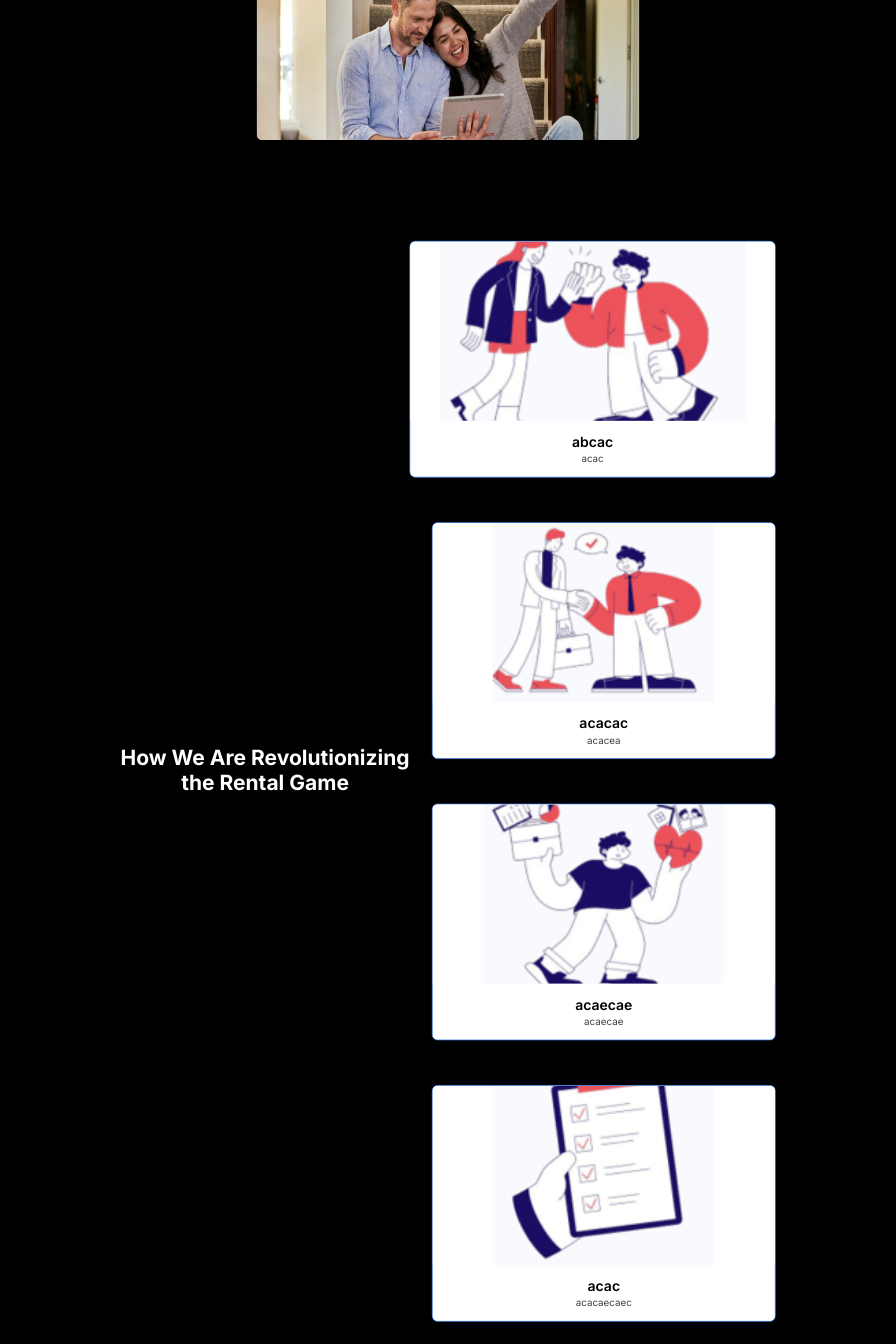
Repository: aditya-jha-kumar/BleisureHosting-V1
Page: /home
These files come from the project's save history. The page is drawn as it stood at one moment and after the next save; the edit follows.
The browser window is 1280 px wide. The pictures show the part of the page from y = 2023 to 3943 px (the page is 3943 px tall before and 3927 px after), at 70% of full size.
The project was rebuilt for these pictures with package versions that can differ from the ones it lists, and the page was loaded fresh each time. The framework's server and built-in components were replaced by stand-ins that run in the browser. Also part of the build but not shown: next.config.mjs.

Above is the page before, as saved 2024-06-12 15:47:18.

### src/app/home/page.tsx
// Home.tsx

import React from "react";
import Navbar from "@/components/navbar";
import Search from "@/components/Search";
import Hero from "@/components/hero";
import Card from "@/components/card";
import Button from "@/components/button";
import Card2 from "@/components/Card2";

export default function Home() {
  return (
    <div className="relative min-h-screen flex flex-col justify-center items-center">
      {/* Navbar */}
      <Navbar
        logoSrc="/logo.png"
        logoAlt=""
        option1="Place to stay"
        option2="Experience"
        option3="Nearby"
        option4="Contact"
        button1Label="Become a partner"
        button2Label="Sign up"
      />

      {/* Hero section */}
      <div className="relative rounded overflow-hidden flex-1">
        <Hero
          logoSrc="/hero.png"
          logoAlt="Your alt text here"
          className="rounded"
        />
        {/* Search component placed on Hero */}
        <div className="absolute inset-0 flex justify-center items-center">
          <Search placeholder="Search" />
        </div>
      </div>

      {/* Additional content */}
      <div className="flex flex-col items-center justify-center text-center mt-8 md:mt-12 px-4">
        <h1 className="text-3xl font-bold">Welcome to the future</h1>
        <p className="mt-4">
          Discover peace of mind, flexibility, and confidence for your next
          adventure - whether it's a new job, a temporary home, medical
          relocation, or travel cravings - with the ease and comfort of a
          Bleisure home
        </p>
      </div>

      {/* Cards */}
      <div className="flex justify-center mt-8 space-x-4 md:space-x-8">
        <Card
          imageSrc="/card1.png"
          largeText="Emrald Valley Heights Homestay"
          smallText="Viman Nagar, Pune"
          showOverlay
          showArrow
        />
        <div className="md:mt-4">
          {/* Add margin top for medium screens */}
          <Card
            imageSrc="/card2.png"
            largeText="Golden Horizon Homestay"
            smallText="Viman Nagar, Pune"
            showOverlay
            showArrow
          />
          <Card
            imageSrc="/card3.png"
            largeText="Sunset Vista Homestay"
            smallText="Viman Nagar, Pune"
            showOverlay
            showArrow
          />
        </div>
      </div>

      {/* Additional content */}
      <div className="flex flex-col items-center justify-center text-center mt-8 md:mt-12 px-4">
        <h1 className="text-xl font-bold">
          Now offering our lowest rates for 3+ month stays
        </h1>
        <Button text="Explore Properties >>" />
      </div>

      {/* Our Mission */}
      <div className="flex flex-col items-center justify-center text-center mt-8 md:mt-12 px-4">
        <h1 className="text-3xl font-bold">Our Mission</h1>
        <p className="mt-4">
          Redefining short & medium-term rental accommodations with comfortable,
          furnished apartments equipped with all the amenities you need.
        </p>
        <Card
          imageSrc="our-mission.png"
          largeText=""
          smallText=""
          smallSize // Pass this prop to decrease the size
        />
      </div>
      {/* Revolutionizing */}
      <div className="flex flex-nowwrap overflow-x-auto items-center justify-center text-center mt-8 md:mt-12 px-4">
        <h1 className="text-3xl font-bold">
          How We Are Revolutionizing <br /> the Rental Game
        </h1>
        <div className="flex flex-wrap justify-center mt-8 space-x-4 md:space-x-8">
          <Card2 imageSrc="/a1.png" largeText="abcac" smallText="acac" />
          <Card2 imageSrc="/a2.png" largeText="acacac" smallText="acacea" />
          <Card2 imageSrc="/a3.png" largeText="acaecae" smallText="acaecae" />
          <Card2 imageSrc="/a4.png" largeText="acac" smallText="acacaecaec" />
        </div>
      </div>
    </div>
  );
}

### src/components/navbar.tsx
"use client"
import { useState } from "react";
import Link from "next/link";

interface NavbarProps {
  logoSrc: string;
  logoAlt: string;
  option1: string;
  option2: string;
  option3: string;
  option4: string;
  button1Label: string;
  button2Label: string;
}

const Navbar = ({
  logoSrc,
  logoAlt,
  option1,
  option2,
  option3,
  option4,
  button1Label,
  button2Label,
}: NavbarProps) => {
  const [isMenuOpen, setIsMenuOpen] = useState(false);

  const toggleMenu = () => {
    setIsMenuOpen(!isMenuOpen);
  };

  return (
    <nav className="bg-white dark:bg-white fixed w-full z-20 top-0 start-0 border-b">
      <div className="max-w-screen-xl flex flex-wrap items-center justify-between mx-auto p-4">
        <Link
          className="flex items-center space-x-3 rtl:space-x-reverse cursor-pointer"
          href="/"
        >
          <img src={logoSrc} className="h-8" alt={logoAlt} />
          <span className="self-center text-2xl font-semibold whitespace-nowrap dark:text-black">
            {logoAlt}
          </span>
        </Link>
        <div className="flex md:order-2 space-x-3 md:space-x-0 rtl:space-x-reverse">
          <button
            type="button"
            className="text-black bg-white border-black border-2 focus:ring-4 font-medium rounded-lg text-sm px-4 py-2 text-center transition duration-300 ease-in-out hover:bg-black hover:text-white hover:border-gray-800"
          >
            {button1Label}
          </button>

          <span className="px-2 py-2">|</span>
          <button
            type="button"
            className="text-white bg-blue-700 hover:bg-blue-800 focus:ring-4 focus:outline-none focus:ring-blue-300 font-medium rounded-lg text-sm px-4 py-2 text-center dark:bg-blue-600 dark:hover:bg-blue-700 dark:focus:ring-blue-800 transition duration-300 ease-in-out"
          >
            {button2Label}
          </button>

          <button
            data-collapse-toggle="navbar-sticky"
            type="button"
            className="inline-flex items-center p-2 w-10 h-10 justify-center text-sm text-gray-500 rounded-lg md:hidden hover:bg-gray-100 focus:outline-none focus:ring-2 focus:ring-gray-200 dark:text-gray-400 dark:hover:bg-gray-700 dark:focus:ring-gray-600 transition duration-300 ease-in-out"
            aria-controls="navbar-sticky"
            aria-expanded="false"
            onClick={toggleMenu}
          >
            <span className="sr-only">Open main menu</span>
            <svg
              className="w-5 h-5"
              aria-hidden="true"
              xmlns="http://www.w3.org/2000/svg"
              fill="none"
              viewBox="0 0 17 14"
            >
              <path
                stroke="currentColor"
                strokeLinecap="round"
                strokeLinejoin="round"
                strokeWidth="2"
                d="M1 1h15M1 7h15M1 13h15"
              />
            </svg>
          </button>
        </div>
        <div
          className={`items-center justify-between w-full md:flex md:w-auto md:order-1 ${
            isMenuOpen ? "block" : "hidden"
          }`}
          id="navbar-sticky"
        >
          <ul className="flex flex-col p-4 md:p-0 mt-4 font-medium border border-gray-100 rounded-lg bg-gray-50 md:space-x-8 rtl:space-x-reverse md:flex-row md:mt-0 md:border-0 md:bg-white">
            <li>
              <Link
                className="block py-2 px-3 text-gray-900 rounded hover:bg-gray-100 md:hover:bg-transparent md:hover:text-blue-700 md:p-0 md:dark:hover:text-blue-500 dark:text-black dark:hover:bg-gray-700 dark:hover:text-black md:dark:hover:bg-transparent dark:border-gray-700 transition duration-300 ease-in-out"
                aria-current="page"
                href="/placetostay"
              >
                {option1}
              </Link>
            </li>
            <li>
              <Link
                className="block py-2 px-3 text-gray-900 rounded hover:bg-gray-100 md:hover:bg-transparent md:hover:text-blue-700 md:p-0 md:dark:hover:text-blue-500 dark:text-black dark:hover:bg-gray-700 dark:hover:text-black md:dark:hover:bg-transparent dark:border-gray-700 transition duration-300 ease-in-out"
                href="/about"
              >
                {option2}
              </Link>
            </li>
            <li>
              <Link
                className="block py-2 px-3 text-gray-900 rounded hover:bg-gray-100 md:hover:bg-transparent md:hover:text-blue-700 md:p-0 md:dark:hover:text-blue-500 dark:text-black dark:hover:bg-gray-700 dark:hover:text-black md:dark:hover:bg-transparent dark:border-gray-700 transition duration-300 ease-in-out"
                href="/services"
              >
                {option3}
              </Link>
            </li>
            <li>
              <Link
                className="block py-2 px-3 text-gray-900 rounded hover:bg-gray-100 md:hover:bg-transparent md:hover:text-blue-700 md:p-0 md:dark:hover:text-blue-500 dark:text-black dark:hover:bg-gray-700 dark:hover:text-black md:dark:hover:bg-transparent dark:border-gray-700 transition duration-300 ease-in-out"
                href="/contact"
              >
                {option4}
              </Link>
            </li>
          </ul>
        </div>
      </div>
    </nav>
  );
};

export default Navbar;

### src/components/Search.tsx
"use client";
import React from "react";

interface SearchProps {
  placeholder: string;
}

const Search = ({ placeholder }: SearchProps) => {
  return (
    <div className="relative">
      <input
        type="text"
        placeholder={placeholder}
        className="w-full h-12 px-4 py-2 rounded-lg border border-gray-300 focus:outline-none focus:border-blue-500"
      />
      <button className="absolute inset-y-0 right-0 flex items-center px-4 bg-blue-500 text-white rounded-r-lg">
        Search
      </button>
    </div>
  );
};

export default Search;

### src/components/hero.tsx
"use client";
import React from "react";

interface HeroProps {
  logoSrc: string;
  logoAlt: string;
  className?: string; // Make className optional
}

const Hero = ({ logoSrc, logoAlt, className }: HeroProps) => {
  return (
    <div className={className}>
      <div>
        <img src={logoSrc} alt={logoAlt} />
      </div>
    </div>
  );
};

export default Hero;

### src/components/card.tsx
"use client";
import React from "react";

interface CardProps {
  imageSrc: string;
  largeText: string;
  smallText: string;
  showOverlay?: boolean; // Optional prop to show/hide overlay
  showArrow?: boolean; // Optional prop to show/hide arrow
  smallSize?: boolean; // Optional prop to decrease card size
}

const Card = ({
  imageSrc,
  largeText,
  smallText,
  showOverlay = false,
  showArrow = false,
  smallSize = false,
}: CardProps) => {
  return (
    <div
      className={`relative bg-white rounded-lg shadow-md overflow-hidden group my-8 ${
        smallSize ? "w-250 h-64" : "w-full h-auto"
      }`}
    >
      {/* Image */}
      <div className="w-full h-full relative">
        <img src={imageSrc} alt="Card" className="w-full h-full" />
        {/* Black overlay */}
        {showOverlay && (
          <div className="absolute inset-0 bg-black opacity-35 rounded-lg"></div>
        )}
      </div>

      {/* Large Text */}
      <div className="absolute bottom-0 left-0 p-4">
        <h2 className="text-xl font-semibold text-white">{largeText}</h2>
        <p className="text-sm text-white opacity-75">{smallText}</p>
      </div>

      {/* Arrow Icon */}
      {showArrow && (
        <div className="absolute bottom-0 right-0 p-4">
          <svg
            xmlns="http://www.w3.org/2000/svg"
            className="h-6 w-6 text-white"
            fill="none"
            viewBox="0 0 24 24"
            stroke="currentColor"
          >
            <path
              strokeLinecap="round"
              strokeLinejoin="round"
              strokeWidth={2}
              d="M14 5l7 7m0 0l-7 7m7-7H3"
            />
          </svg>
        </div>
      )}
    </div>
  );
};

export default Card;

### src/components/button.tsx
import React from "react";

interface ButtonProps {
  text: string;
  onClick?: () => void;
  disabled?: boolean;
}

const Button = ({ text, onClick, disabled = false }: ButtonProps) => {
  return (
    <button
      type="button"
      onClick={onClick}
      disabled={disabled}
      className={`py-5 px-5 my-5 text-xl inline-flex items-center gap-x-2 font-semibold rounded-full ${
        disabled
          ? "opacity-50 cursor-not-allowed"
          : "bg-blue-600 text-white hover:bg-blue-700"
      }`}
    >
      {text}
    </button>
  );
};

export default Button;

### src/components/Card2.tsx
// Card2.tsx
"use client";
import React from "react";

interface CardProps {
  imageSrc: string;
  largeText: string;
  smallText: string;
}

const Card2 = ({ imageSrc, largeText, smallText }: CardProps) => {
  return (
    <div className="relative w-full h-auto bg-white border border-blue-500 rounded-lg shadow-md overflow-hidden my-8">
      {/* Background Image */}
      <div
        className="w-full h-64 bg-cover bg-center"
        style={{ backgroundImage: `url(${imageSrc})` }}
      />

      {/* Content */}
      <div className="p-4 text-center text-black">
        <h2 className="text-xl font-semibold">{largeText}</h2>
        <p className="text-sm opacity-75">{smallText}</p>
      </div>
    </div>
  );
};

export default Card2;

### tailwind.config.ts
module.exports = {
  content: [
    "./src/pages/**/*.{js,ts,jsx,tsx}",
    "./src/components/**/*.{js,ts,jsx,tsx}",
    "./src/app/**/*.{js,ts,jsx,tsx}",
    "node_modules/preline/dist/*.js",
  ],
  theme: {
    extend: {
      backgroundImage: {
        "gradient-radial": "radial-gradient(var(--tw-gradient-stops))",
        "gradient-conic":
          "conic-gradient(from 180deg at 50% 50%, var(--tw-gradient-stops))",
      },
    },
  },
  plugins: [require("preline/plugin")],
};

Loaded but not shown: src/app/layout.tsx (common file); src/app/globals.css (common file)

After the next save:
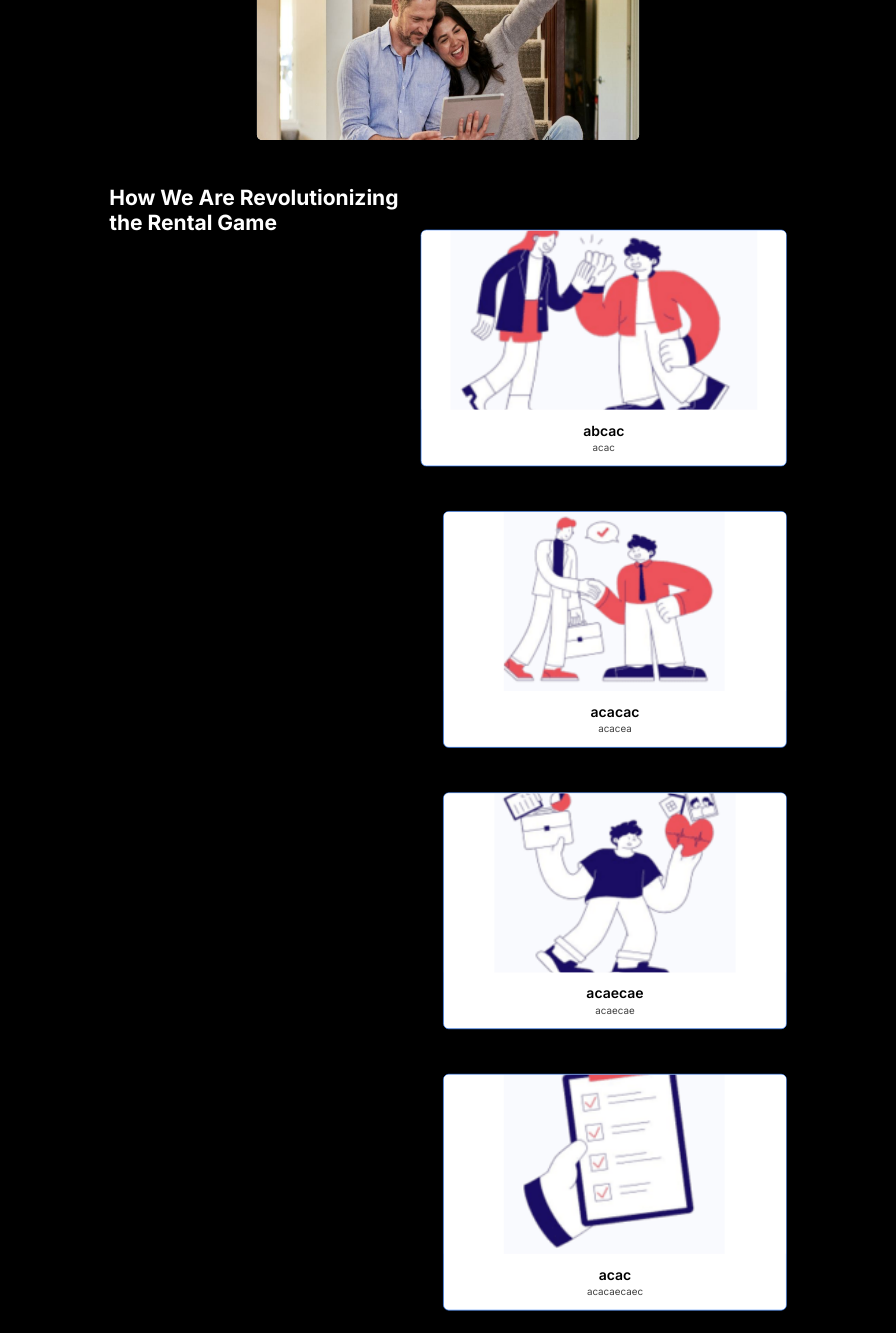
Saved 21 s later.
--- a/src/app/home/page.tsx
+++ b/src/app/home/page.tsx
@@ -98,7 +98,7 @@ export default function Home() {
         />
       </div>
       {/* Revolutionizing */}
-      <div className="flex flex-nowwrap overflow-x-auto items-center justify-center text-center mt-8 md:mt-12 px-4">
+      <div className="flex justify-center mt-8 space-x-4 md:space-x-8 overflow-x-auto">
         <h1 className="text-3xl font-bold">
           How We Are Revolutionizing <br /> the Rental Game
         </h1>
